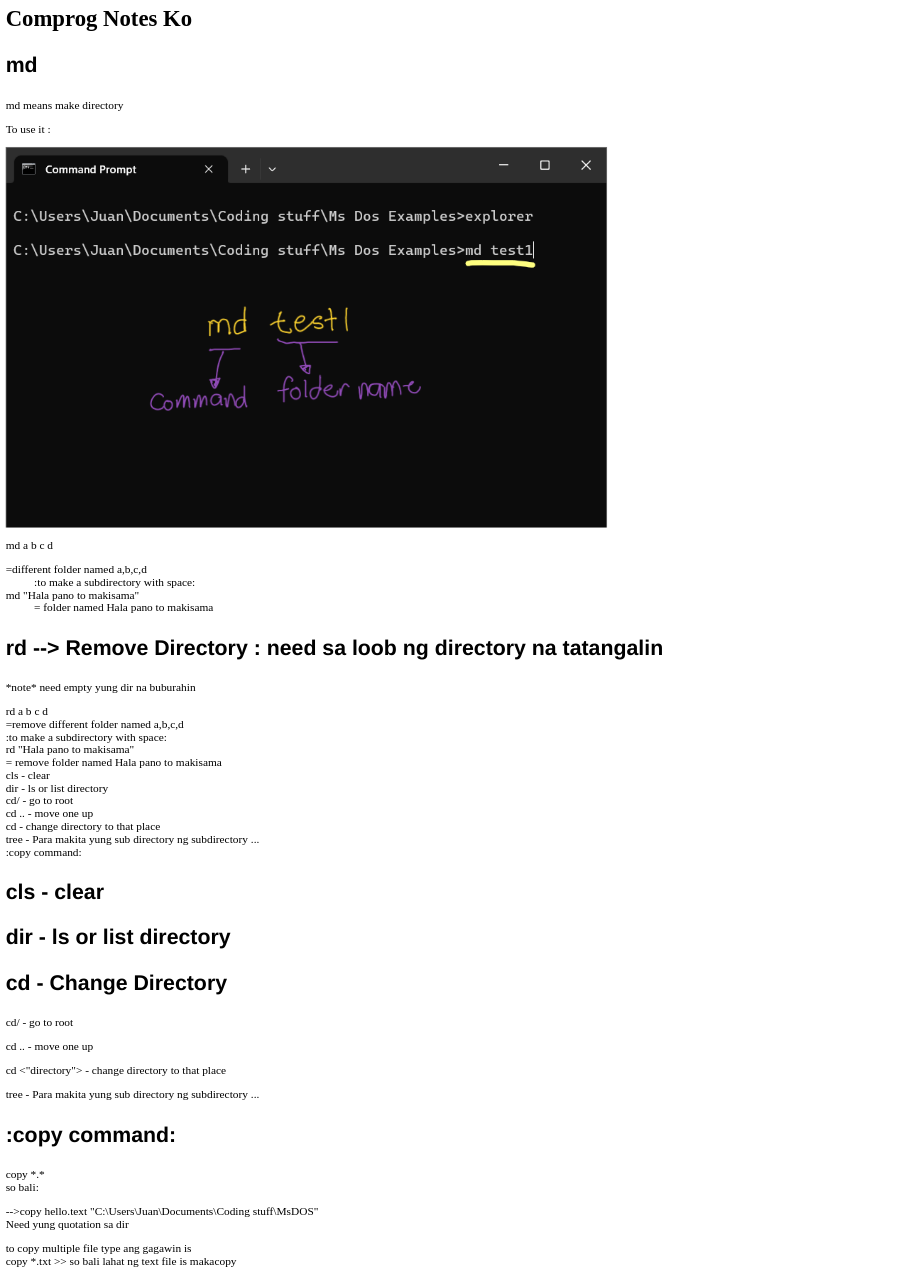
Repository: zwainer/Comprog
Page: index.html
An editor plug-in stored every save of this project. The page is shown before and after the next save, followed by the edit.
The browser window is 1280 px wide. The pictures show the whole page, at 71% of full size.

Above is the page before, as saved 2023-05-05 22:29:29.

After the next save:
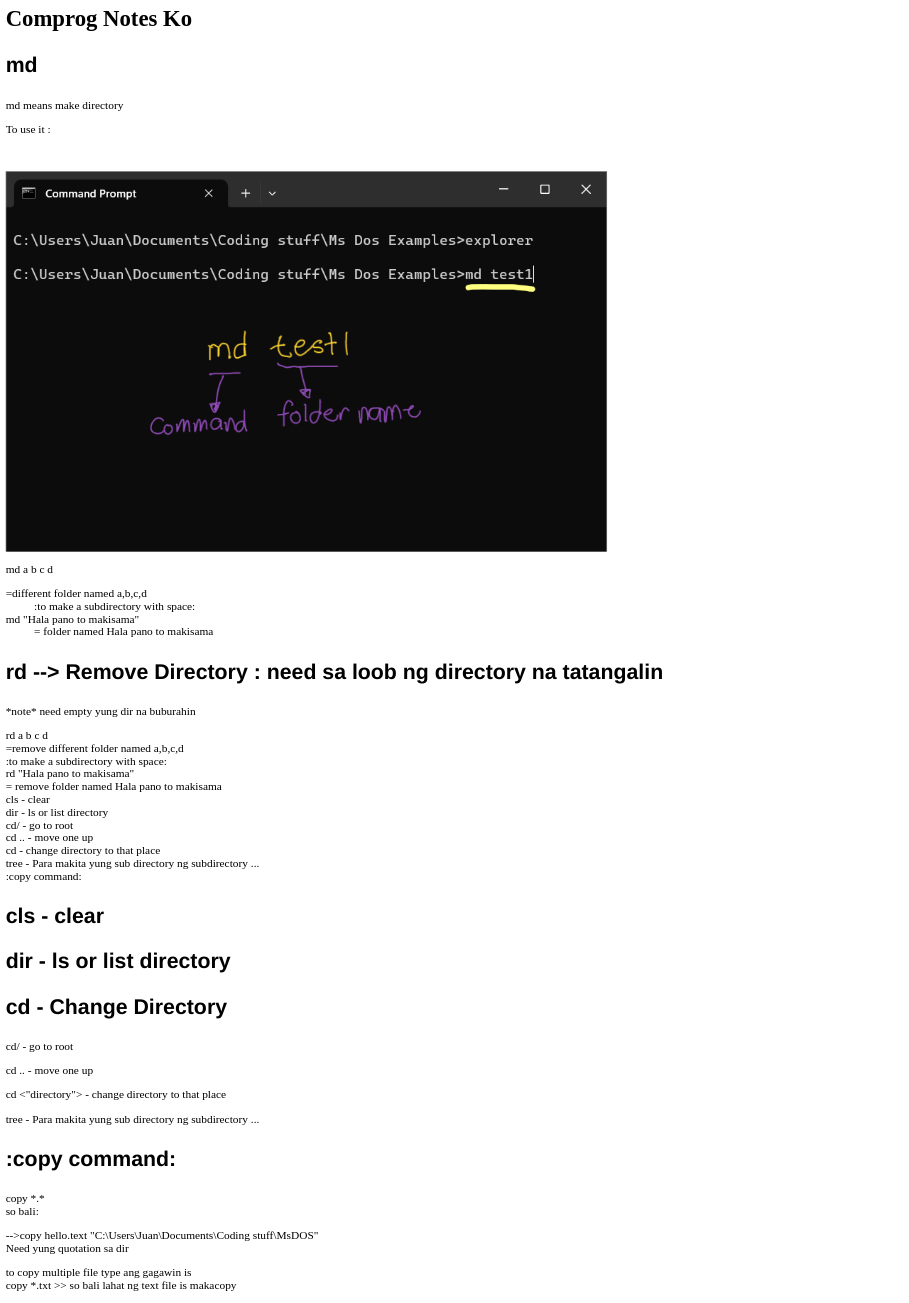
Saved 10 s later.
--- a/index.html
+++ b/index.html
@@ -12,7 +12,7 @@
 	</p>
 
 	<p>md means make directory<br/></p>
-	<p>To use it : <br/></p>
+	<p>To use it :<dl></dl> <br/></p>
 
 	<img src="pictures/1_1.png">
 
